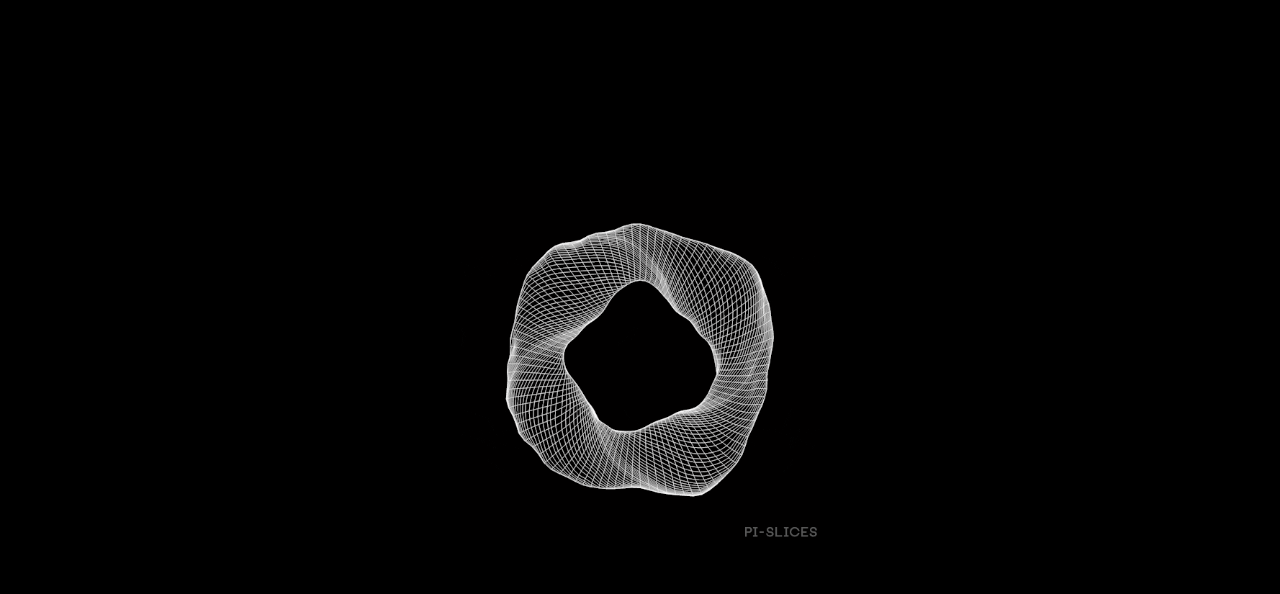
Repository: Csiddharth7906/MovieAppUpdatedVersion
Page: / (app in MVXC-MovieWebApplication/)
The author's editor kept a copy of each file at every save. The page is drawn from the files as they stood at one save, then again after a run of saves.
The browser window is 1280 px wide. The pictures show the whole page.
The page's requests for data from a server got no answer. Some web libraries are served in a nearby version. The project was rebuilt for these pictures with package versions that can differ from the ones it lists, and the page was loaded fresh each time. No one was signed in, and anything a server would have sent is missing. Also part of the build but not shown: MVXC-MovieWebApplication/vite.config.js, MVXC-MovieWebApplication/src/templates/Sidenav.jsx, MVXC-MovieWebApplication/src/templates/Topnav.jsx, MVXC-MovieWebApplication/src/templates/Header.jsx, MVXC-MovieWebApplication/src/templates/DropDown.jsx, MVXC-MovieWebApplication/src/templates/HorizontalCards.jsx.

Above is the page before, as saved 2025-06-18 10:53:15.

After the next 2 saves:
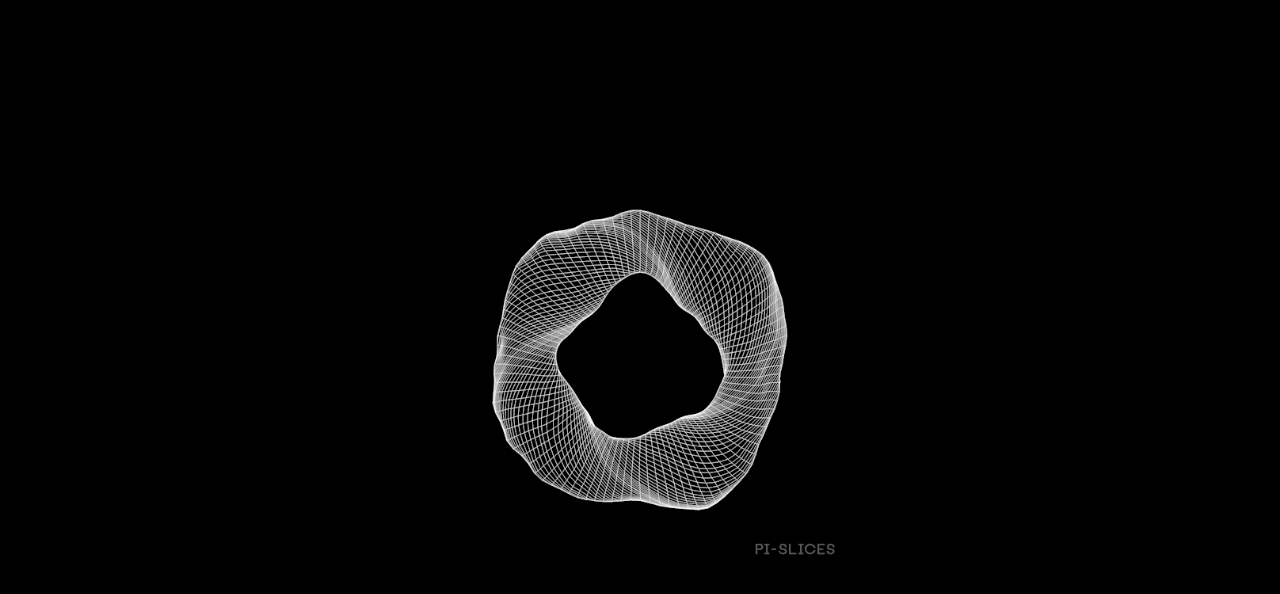
The 2 saves are shown as one change because they came seconds apart.
The last was saved 11 s later.
--- a/MVXC-MovieWebApplication/src/components/Loading.jsx
+++ b/MVXC-MovieWebApplication/src/components/Loading.jsx
@@ -3,7 +3,7 @@ import loader  from '/loader.gif'
 const Loading = () => {
   return (
     <div className='w-screen h-screen flex justify-center items-center bg-black '>
-        <img  className='h-[50%]  object-cover' src={loader} alt="" />
+        <img  className='h-[50%] scale-110 object-cover' src={loader} alt="" />
     </div>
   )
 }
